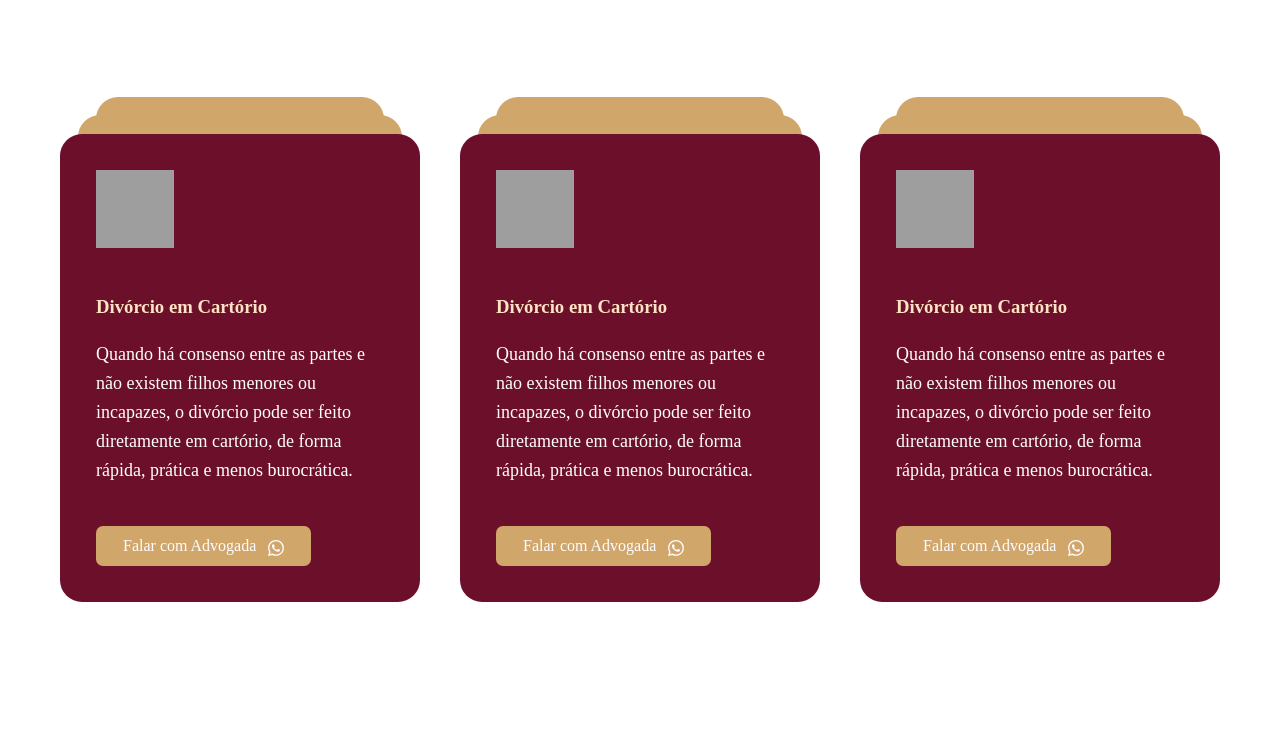
Repository: EmanuelVieiira/landing-page-advocacia
Page: teste.html
An editor plug-in stored every save of this project. The page is shown before and after the next save, followed by the edit.
The browser window is 1280 px wide. The pictures show the whole page.
Pictures or frames that could not be fetched are drawn as grey boxes.

Above is the page before, as saved 2026-02-05 15:28:39.

### teste.html
<!DOCTYPE html>
<html lang="en">
<head>
    <meta charset="UTF-8">
    <meta name="viewport" content="width=device-width, initial-scale=1.0">
    <title>Document</title>
    <style>
        body {
  min-height: 100vh;
  display: flex;
  align-items: center;
  justify-content: center;
}

.card {
  position: relative;
  display: flex;
  align-items: center;
  justify-content: center;
  width: 360px;
  border-radius: 24px;
  line-height: 1.6;
  transition: all 0.48s cubic-bezier(0.23, 1, 0.32, 1);

  margin: 20px; /* adiciona espaço entre os cards */
}
.icone {
  width: 78px;
  height: 78px;
  margin-bottom: 1px;
}
.text h3 {
 color: bisque;
}
.content {
  display: flex;
  flex-direction: column;
  align-items: flex-start;
  justify-content: center;
  gap: 24px;
  padding: 36px;
  border-radius: 22px;
  color: #ffffff;
  overflow: hidden;
  background: #6B0F2A;
  transition: all 0.48s cubic-bezier(0.23, 1, 0.32, 1);
}

.content::before {
  position: absolute;
  content: "";
  top: -4%;
  left: 50%;
  width: 90%;
  height: 90%;
  transform: translate(-50%);
  background: #d1a66b;
  z-index: -1;
  transform-origin: bottom;

  border-radius: inherit;
  transition: all 0.48s cubic-bezier(0.23, 1, 0.32, 1);
}

.content::after {
  position: absolute;
  content: "";
  top: -8%;
  left: 50%;
  width: 80%;
  height: 80%;
  transform: translate(-50%);
  background: #d1a66b;
  z-index: -2;
  transform-origin: bottom;
  border-radius: inherit;
  transition: all 0.48s cubic-bezier(0.23, 1, 0.32, 1);
}

.content svg {
  width: 48px;
  height: 48px;
}

.content .para {
  z-index: 1;
  opacity: 1;
  font-size: 18px;
  transition: all 0.48s cubic-bezier(0.23, 1, 0.32, 1);
}

.content .link {
  z-index: 1;
  color: #d1a66b;
  text-decoration: none;
  font-family: inherit;
  font-size: 16px;
  transition: all 0.48s cubic-bezier(0.23, 1, 0.32, 1);
}

.content .link:hover {
  text-decoration: underline;
}

.card:hover {
  transform: translate(0px, -16px);
}

.card:hover .content::before {
  rotate: -7deg;
  top: 0;
  width: 100%;
  height: 100%;
}

.card:hover .content::after {
  rotate: 7deg;
  top: 0;
  width: 100%;
  height: 100%;
}
.btn-whatsapp {
    background-color: #d1a66b;;
    color:#fdfdfd;;
    padding: 7px 27px;
    text-decoration: none;
    border-radius: 7px;

}
.btn-whatsapp svg {
    width: 16px;

    height: 16px;
}

    </style>
</head>
<body>
    <div class="card">
  <div class="content">

<img src="/img/divorcio.png" alt="ícone de divórcio"   class="icone">

    <div class="text">
        <h3>Divórcio em Cartório</h3>

    <p class="para">
     Quando há consenso entre as partes e não existem filhos menores ou incapazes, o divórcio pode ser feito diretamente em cartório, de forma rápida, prática e menos burocrática.
    </p></div>
    <a href="https://wa.me/5511999999999" target="_blank" class="btn-whatsapp">
                        <span>
                            Falar com Advogada
                            <svg xmlns="http://www.w3.org/2000/svg" width="20" height="20" fill="currentColor" viewBox="0 0 16 16" style="display: inline-block; margin-left: 8px; vertical-align: middle;">
                                <path d="M13.601 2.326A7.854 7.854 0 0 0 7.994 0C3.627 0 .068 3.558.064 7.926c0 1.399.366 2.76 1.057 3.965L0 16l4.204-1.102a7.933 7.933 0 0 0 3.79.965h.004c4.368 0 7.926-3.558 7.93-7.93A7.898 7.898 0 0 0 13.6 2.326zM7.994 14.521a6.573 6.573 0 0 1-3.356-.92l-.24-.144-2.494.654.666-2.433-.156-.251a6.56 6.56 0 0 1-1.007-3.505c0-3.626 2.957-6.584 6.591-6.584a6.56 6.56 0 0 1 4.66 1.931 6.557 6.557 0 0 1 1.928 4.66c-.004 3.639-2.961 6.592-6.592 6.592zm3.615-4.934c-.197-.099-1.17-.578-1.353-.646-.182-.065-.315-.099-.445.099-.133.197-.513.646-.627.775-.114.133-.232.148-.43.05-.197-.1-.836-.308-1.592-.985-.59-.525-.985-1.175-1.103-1.372-.114-.198-.011-.304.088-.403.087-.088.197-.232.296-.346.1-.114.133-.198.198-.33.065-.134.034-.248-.015-.347-.05-.099-.445-1.076-.612-1.47-.16-.389-.323-.335-.445-.34-.114-.007-.247-.007-.38-.007a.729.729 0 0 0-.529.247c-.182.198-.691.677-.691 1.654 0 .977.71 1.916.81 2.049.098.133 1.394 2.132 3.383 2.992.47.205.84.326 1.129.418.475.152.904.129 1.246.08.38-.058 1.171-.48 1.338-.943.164-.464.164-.86.114-.943-.049-.084-.182-.133-.38-.232z"/>
                            </svg>
                        </span>
                    </a>
  </div>

</div>

    <div class="card">
  <div class="content">

<img src="/img/divorcio.png" alt="ícone de divórcio"   class="icone">

    <div class="text">
        <h3>Divórcio em Cartório</h3>

    <p class="para">
     Quando há consenso entre as partes e não existem filhos menores ou incapazes, o divórcio pode ser feito diretamente em cartório, de forma rápida, prática e menos burocrática.
    </p></div>
    <a href="https://wa.me/5511999999999" target="_blank" class="btn-whatsapp">
                        <span>
                            Falar com Advogada
                            <svg xmlns="http://www.w3.org/2000/svg" width="20" height="20" fill="currentColor" viewBox="0 0 16 16" style="display: inline-block; margin-left: 8px; vertical-align: middle;">
                                <path d="M13.601 2.326A7.854 7.854 0 0 0 7.994 0C3.627 0 .068 3.558.064 7.926c0 1.399.366 2.76 1.057 3.965L0 16l4.204-1.102a7.933 7.933 0 0 0 3.79.965h.004c4.368 0 7.926-3.558 7.93-7.93A7.898 7.898 0 0 0 13.6 2.326zM7.994 14.521a6.573 6.573 0 0 1-3.356-.92l-.24-.144-2.494.654.666-2.433-.156-.251a6.56 6.56 0 0 1-1.007-3.505c0-3.626 2.957-6.584 6.591-6.584a6.56 6.56 0 0 1 4.66 1.931 6.557 6.557 0 0 1 1.928 4.66c-.004 3.639-2.961 6.592-6.592 6.592zm3.615-4.934c-.197-.099-1.17-.578-1.353-.646-.182-.065-.315-.099-.445.099-.133.197-.513.646-.627.775-.114.133-.232.148-.43.05-.197-.1-.836-.308-1.592-.985-.59-.525-.985-1.175-1.103-1.372-.114-.198-.011-.304.088-.403.087-.088.197-.232.296-.346.1-.114.133-.198.198-.33.065-.134.034-.248-.015-.347-.05-.099-.445-1.076-.612-1.47-.16-.389-.323-.335-.445-.34-.114-.007-.247-.007-.38-.007a.729.729 0 0 0-.529.247c-.182.198-.691.677-.691 1.654 0 .977.71 1.916.81 2.049.098.133 1.394 2.132 3.383 2.992.47.205.84.326 1.129.418.475.152.904.129 1.246.08.38-.058 1.171-.48 1.338-.943.164-.464.164-.86.114-.943-.049-.084-.182-.133-.38-.232z"/>
                            </svg>
                        </span>
                    </a>
  </div>

</div>

    <div class="card">
  <div class="content">

<img src="/img/divorcio.png" alt="ícone de divórcio"   class="icone">

    <div class="text">
        <h3>Divórcio em Cartório</h3>

    <p class="para">
     Quando há consenso entre as partes e não existem filhos menores ou incapazes, o divórcio pode ser feito diretamente em cartório, de forma rápida, prática e menos burocrática.
    </p></div>
    <a href="https://wa.me/5511999999999" target="_blank" class="btn-whatsapp">
                        <span>
                            Falar com Advogada
                            <svg xmlns="http://www.w3.org/2000/svg" width="20" height="20" fill="currentColor" viewBox="0 0 16 16" style="display: inline-block; margin-left: 8px; vertical-align: middle;">
                                <path d="M13.601 2.326A7.854 7.854 0 0 0 7.994 0C3.627 0 .068 3.558.064 7.926c0 1.399.366 2.76 1.057 3.965L0 16l4.204-1.102a7.933 7.933 0 0 0 3.79.965h.004c4.368 0 7.926-3.558 7.93-7.93A7.898 7.898 0 0 0 13.6 2.326zM7.994 14.521a6.573 6.573 0 0 1-3.356-.92l-.24-.144-2.494.654.666-2.433-.156-.251a6.56 6.56 0 0 1-1.007-3.505c0-3.626 2.957-6.584 6.591-6.584a6.56 6.56 0 0 1 4.66 1.931 6.557 6.557 0 0 1 1.928 4.66c-.004 3.639-2.961 6.592-6.592 6.592zm3.615-4.934c-.197-.099-1.17-.578-1.353-.646-.182-.065-.315-.099-.445.099-.133.197-.513.646-.627.775-.114.133-.232.148-.43.05-.197-.1-.836-.308-1.592-.985-.59-.525-.985-1.175-1.103-1.372-.114-.198-.011-.304.088-.403.087-.088.197-.232.296-.346.1-.114.133-.198.198-.33.065-.134.034-.248-.015-.347-.05-.099-.445-1.076-.612-1.47-.16-.389-.323-.335-.445-.34-.114-.007-.247-.007-.38-.007a.729.729 0 0 0-.529.247c-.182.198-.691.677-.691 1.654 0 .977.71 1.916.81 2.049.098.133 1.394 2.132 3.383 2.992.47.205.84.326 1.129.418.475.152.904.129 1.246.08.38-.058 1.171-.48 1.338-.943.164-.464.164-.86.114-.943-.049-.084-.182-.133-.38-.232z"/>
                            </svg>
                        </span>
                    </a>
  </div>

</div>

</body>
</html>

After the next save:
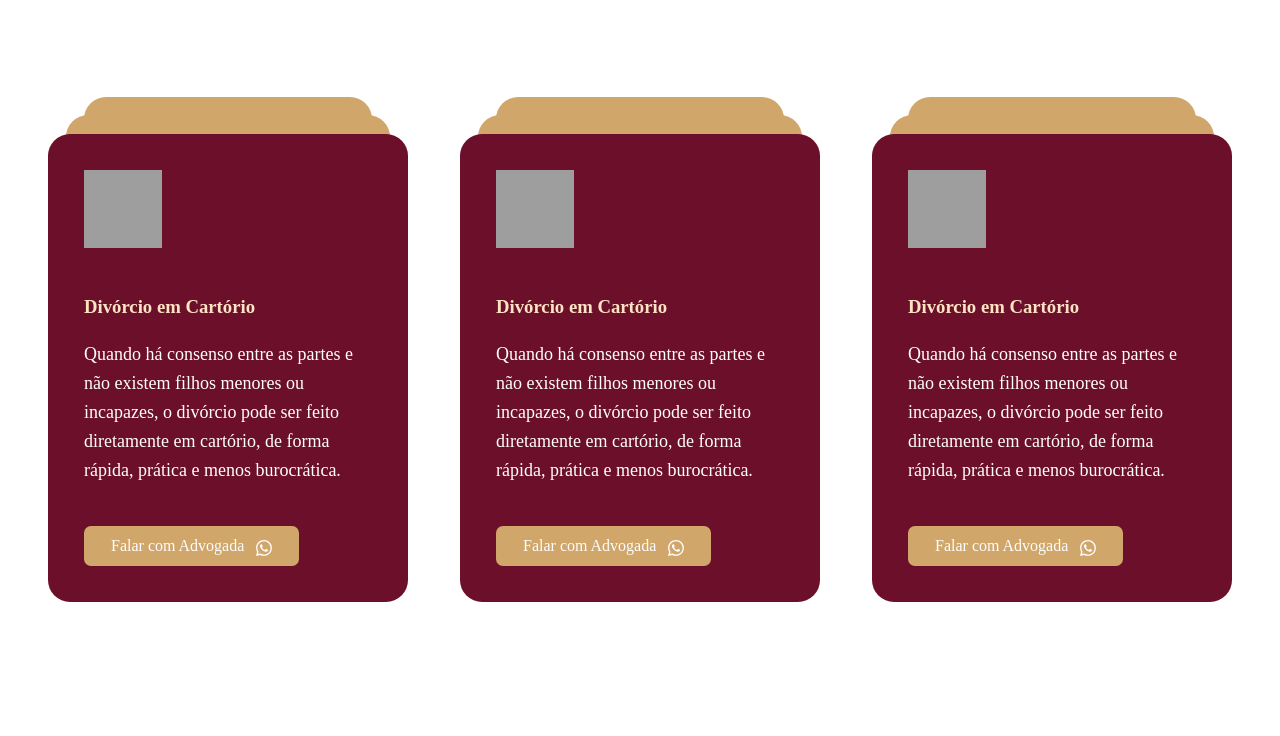
Saved 18 s later.
--- a/teste.html
+++ b/teste.html
@@ -22,7 +22,7 @@
   line-height: 1.6;
   transition: all 0.48s cubic-bezier(0.23, 1, 0.32, 1);
 
-  margin: 20px; /* adiciona espaço entre os cards */
+  margin: 26px; /* adiciona espaço entre os cards */
 }
 .icone {
   width: 78px;
